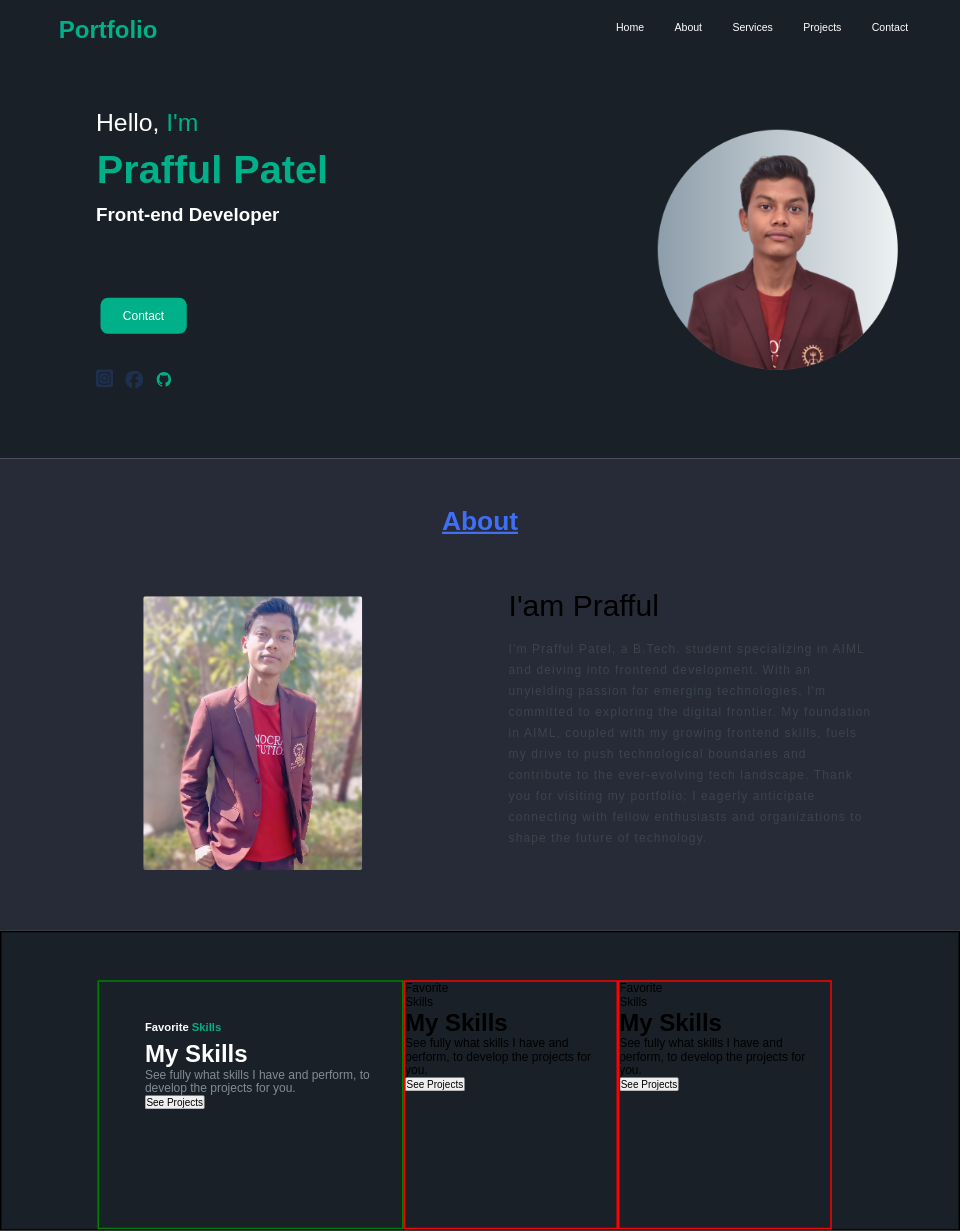
Repository: PraffulPatel27/Portfolio_2.0
Page: index.html
An editor plug-in stored every save of this project. The page is shown before and after a run of saves, followed by the edit.
The browser window is 1280 px wide. The pictures show the whole page, at 75% of full size.

Above is the page before, as saved 2024-01-01 16:04:44.

### index.html
<!DOCTYPE html>
<html lang="en">
<head>
    <meta charset="UTF-8">
    <meta name="viewport" content="width=device-width, initial-scale=1.0">
    <title>Portfolio website complete</title>
    <link rel="stylesheet" href="style.css">
</head>
<body>

  <div class="container-first">
    <!-- /*********************** nav bar **************************/ -->
        <nav class="header">
            <h1>Portfolio</h1>

            <div class="nav-bar">
                <ul>
                    <li class="c1">Home</li>
                    <li> <a id="unique" href="#about">About</a></li>
                    <li>Services</li>
                    <li>Projects</li>
                    <li>Contact</li>
                </ul>
            </div>

        </nav>
        <!-- <div class="head-1"></div> -->



    <!-- /*********************** Section - 1 **************************/ -->
    <div class="first-main-content">
      <div class="left-content">
        <!-- <h1> Hi, </h1> -->
        <p class="ch"> Hello, </p>
        <p class="ch" id="bl"> I'm  </p>
        <h1 id="name-author"> Prafful Patel</h1>
        <h1> Front-end Developer </h1>

        <button class="btn"> Contact </button>
        <div class="social">
            <img src="images/instagram.svg">
            <img src="images/facebook.svg">
            <img src="images/github.svg">
        </div>
    </div>

   <img class="pic" src="images/profile-pic-circle.png">
   </div>


    <!-- /*********************** Section - 2 **************************/ -->
    <div class="section-2">
            <p class="heading-about"> About </p>

        <div class="front-2_under">
            <!-- <img class="left-img" src="images/image-portfolio.jpg"> -->
            <div class="left-content">
                <img class="left-img" src="images/image-portfolio.jpg">
            </div>

            <div class="right-para" id="about">
                <p class="heading-2"> I'am Prafful </p>
                <p class="description"> I'm Prafful Patel, a B.Tech. student specializing in AIML and
                    deiving into frontend development. With an unyielding passion
                    for emerging technologies, I'm committed to exploring the
                    digital frontier. My foundation in AIML, coupled with my
                    growing frontend skills, fuels my drive to push technological
                    boundaries and contribute to the ever-evolving tech
                    landscape. Thank you for visiting my portfolio; I eagerly
                    anticipate connecting with fellow enthusiasts and
                    organizations to shape the future of technology. </p>
            </div>
        </div>

    </div>


    <!-- /*********************** Section - 3 **************************/ -->

    <div class="section-3">
        <div class="bx-1">
            <p class="sm" > Favorite </p>
            <p class="sm" id="fsm"> Skills</p>
            <h1> My Skills</h1>

            <p class="skills-info">See fully what skills I have and perform, to
                develop the projects for you.</p>
            <button class="see-project"> See Projects </button>
        </div>

        <div class="bx-2">
            <p> Favorite </p>
            <p> Skills</p>
            <h1> My Skills</h1>

            <p>See fully what skills I have and perform, to
                develop the projects for you.</p>
            <button class="see-project"> See Projects </button>
        </div>

        <div class="bx-2">
            <p> Favorite </p>
            <p> Skills</p>
            <h1> My Skills</h1>

            <p>See fully what skills I have and perform, to
                develop the projects for you.</p>
            <button class="see-project"> See Projects </button>
        </div>
    </div>



    <!-- <footer>
            <h4 class="f-h4"> Prafful </h4>
            <div class="fimg">
                <img class="fb" src="images/faceb.png">
                <img class="ins" src="images/instagram-logo.png">
                <img class="lid" src="images/linkedin (1).png">
                <img class="git" src="images/github (1).png">
            </div>
            <h3 class="f-h3"> Terms of Use . Privacy Policy </h3>
            <p class="fp"> © 2023 copyright all right reserved </p>
    </footer> -->

  </div>

</body>
</html>

### style.css
* {
    margin: 0;
    padding: 0;
    box-sizing: border-box;
    font-family: 'Poppins' , sans-serif;
    scroll-behavior: smooth;
    overflow-x: hidden;
}
.container-first {
    display: flex;
    flex-direction: column;
    flex-wrap: wrap;
    width: 100vw;
    align-items: center;
}
.main-con {
    margin-left: 10%;
    margin-right: 10%;
}

/*********************** Nav bar **************************/
.header {
    min-height: 90%;
    width: 100%;
    background-position: center;
    background-size: cover;
    position: relative;
    background-color: #192027;
    color: #fff;
}
nav {
    display: flex;
    padding: 1.6% 4%;
    align-items: center;
    justify-content: center;
}
.nav-bar {
    flex: 1;
    text-align: right;
}
.nav-bar ul li {
    list-style: none;
    display: inline-block;
    padding: 8px 18px;
    position: relative;
    /* font-weight: bold; */
    cursor: pointer;
    font-size: 0.88rem;
}
#unique {
    text-decoration: none;
    color: #fff;
}
#unique:hover {
    color: #00B089;
}
.nav-bar ul li::after  {
    content: '';
    width: 0%;
    height: 3.5px;
    background-color: #00B089;
    display: block;
    margin: auto;
    transition: 0.80s;
}
.nav-bar ul li:hover::after {
    width: 100%;
}
.nav-bar ul li:hover {
    color: #00B089;
}
nav h1 {
    font-size: 2rem;
    color: #00B089;
    margin-left: 1.7rem;
}

/*********************** Section - 1 **************************/
.first-main-content {
    width: 100%;
    background-color: #192027;
    padding-bottom: 7%;
    display: flex;
    justify-content: space-evenly;
    align-items: center;
    flex-direction: row;
    flex-wrap: wrap;
    align-items: center;
    /* border: 2px solid black; */
}
/* .head-1 {
    margin-top: -1.2%;
    opacity: 0.1;
    border: 0.8px solid black;
    width: 100%;
} */
.left-content {
    padding-top: 5%;
    padding-left: 10%;
    /* border: 2px solid black; */
}
.ch {
    display: inline;
    font-size: 33px;
    color: #fff;
}
#bl {
    color: #00B089;
}
#name-author {
    color: #00B089;
    margin-top: 1.2%;
    font-size: 3.3rem;
    margin-left: 0.1%;
}
.left-content h1 {
    line-height: 60px;
    color: #fff;
    font-size: 25px;
}
.btn {
    width: 10%;
    height: 3rem;
    margin-top: 7%;
    margin-left: 0.5%;
    border-radius: 10px;
    background: #00B089;
    border: none;
    cursor: pointer;
    color: white;
    font-size: 1rem;
    text-align: center;
}
.btn:hover {
    box-shadow: 0px 0px 30px #00B089;
    transition: 0.2s;
}
.social {
    margin-top: 4%;
    margin-left: -1%;
    /* border: 2px solid black; */
}
.social img {
    width: 3%;
    padding-left: 1%;
    cursor: pointer;
    /* background: none; */
}
.social img:hover {
    color: #00B089;
}
.pic {
    width: 20rem;
    margin-top:5%;
    margin-right: -62%;
    flex-wrap: wrap;
    position: absolute;
}

/*********************** Section - 2 **************************/
.section-2 {
    width: 100%;
    flex-wrap: wrap;
    align-items: center;
    display: flex;
    position: none;
    justify-content: space-evenly;
    background-color: #272A37;
    /* border: 2px solid red; */
}
.heading-about {
    text-align: center;
    margin-top: 5%;
    color: #3E6FF4;
    font-size: 2.2rem;
    font-style: normal;
    font-weight: 700;
    text-decoration: underline;
}
.front-2_under {
    display: flex;
    flex-direction: row;
    justify-content: space-evenly;
    align-items: center;
    margin-top: 2%;
    margin-left: 6.5%;
    margin-right: 9%;
    margin-bottom: 6%;
    /* border: 2px solid red; */
}
.left-content {
    flex: 1;
}
.left-content .left-img {
    width: 60%;
    max-width: 100%;
    height: auto;
    border-radius: 1%;
}
.right-para {
    flex: 1;
}
.heading-2 {
    font-size: 2.5rem;
    line-height: 70px;
}
.description {
    color: #3b454b;
    letter-spacing: 1.5px;
    line-height: 28px;
    margin-top: 2%;
}

 /*********************** Section - 3 **************************/
 .section-3 {
    height: 25rem;
    padding-top: 5%;
    flex-wrap: wrap;
    display: flex;
    /* flex-direction: row; */
    padding-left: 10%;
    padding-right: 10%;
    background-color: #192027;
    border: 2px solid black;
}
.sm {
    color: #fff;
    display: inline;
    font-weight: 700;
    font-size: 15px;
}
#fsm {
    color: #00B089;
}
.bx-1 h1 {
    margin-top: 2.8%;
    color: #fff;
}
.skills-info {
    color: #858B96;
}
.bx-1 {
    border: 2px solid green;
    width: 40%;
    padding-top: 5%;
    padding-left: 6%;
}
.btn {
    width: 10%;
    height: 3rem;
    margin-top: 7%;
    margin-left: 0.5%;
    border-radius: 10px;
    background: #00B089;
    border: none;
    cursor: pointer;
    color: white;
    font-size: 1rem;
    text-align: center;
}
.btn:hover {
    box-shadow: 0px 0px 30px #00B089;
    transition: 0.2s;
}
.bx-2 {
    border: 2px solid red;
    width: 28%;
}

After the next 2 saves:
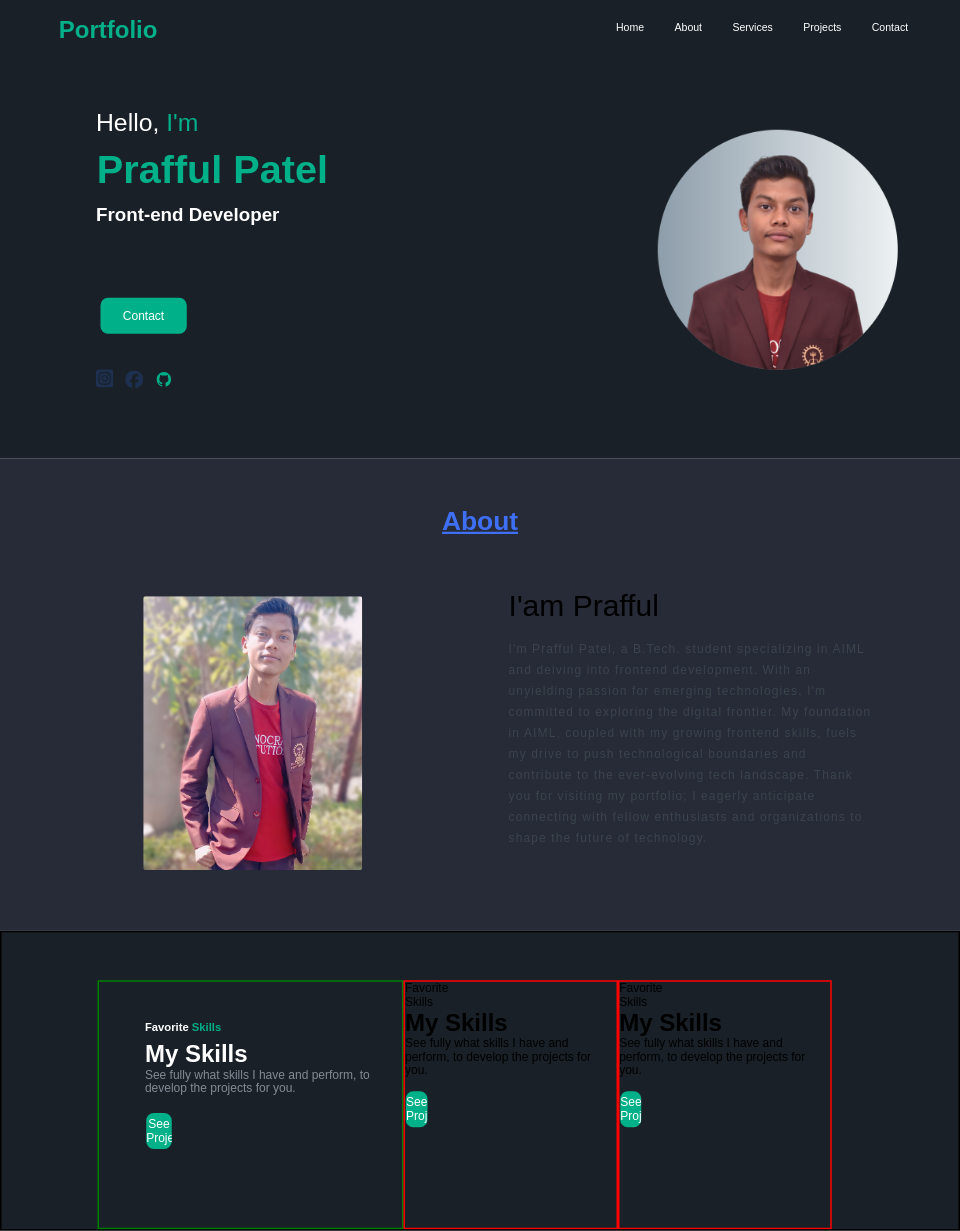
The 2 saves are shown as one change because they came seconds apart.
The last was saved 10 s later.
--- a/style.css
+++ b/style.css
@@ -245,7 +245,7 @@
     padding-top: 5%;
     padding-left: 6%;
 }
-.btn {
+.see-project {
     width: 10%;
     height: 3rem;
     margin-top: 7%;
@@ -258,7 +258,7 @@
     font-size: 1rem;
     text-align: center;
 }
-.btn:hover {
+.see-project:hover {
     box-shadow: 0px 0px 30px #00B089;
     transition: 0.2s;
 }
